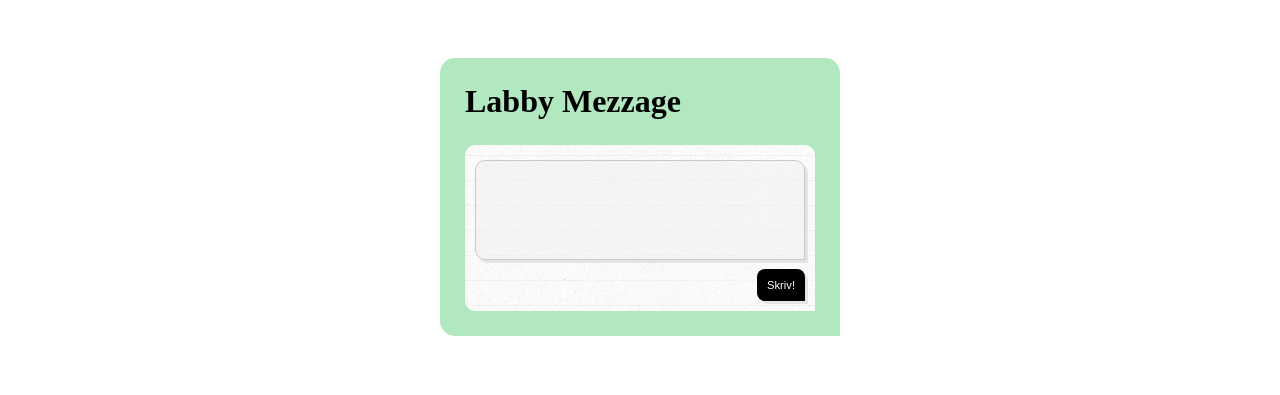
Repository: lw222gu/1dv403-laborationer
Page: 2-labbymezzage/index.html
The author's editor kept a record of every edit. The page is drawn from the files as they stood at one moment, then again after the next edit.
The browser window is 1280 px wide. The pictures show the whole page.
Some web fonts or font styles are not loaded; a fallback is used.

Above is the page before.

After the next edit:
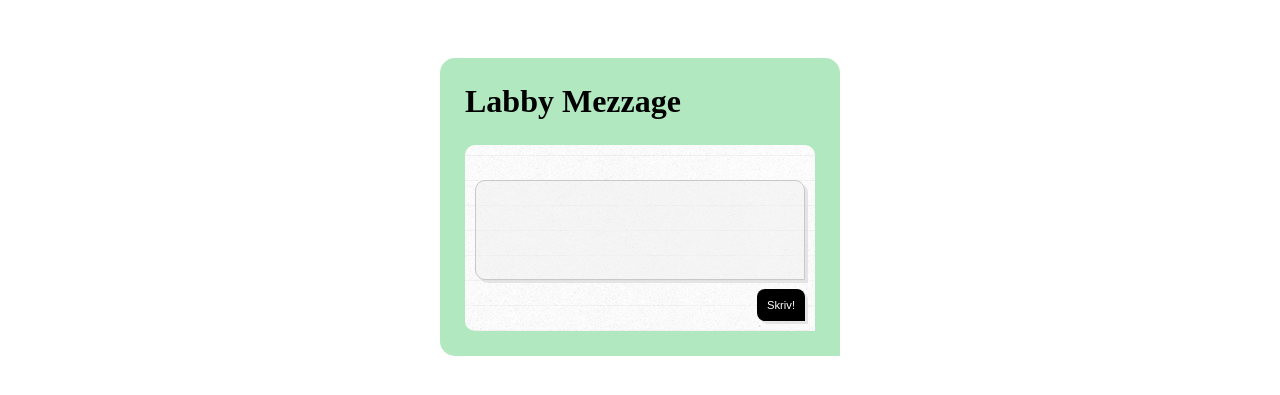
The edit:
--- a/2-labbymezzage/css/style.css
+++ b/2-labbymezzage/css/style.css
@@ -53,6 +53,10 @@
     margin-bottom:5px;
 }
 
+#counter {
+    padding:10px;
+}
+
 #textbox {
     resize:none;
     box-sizing:border-box;
